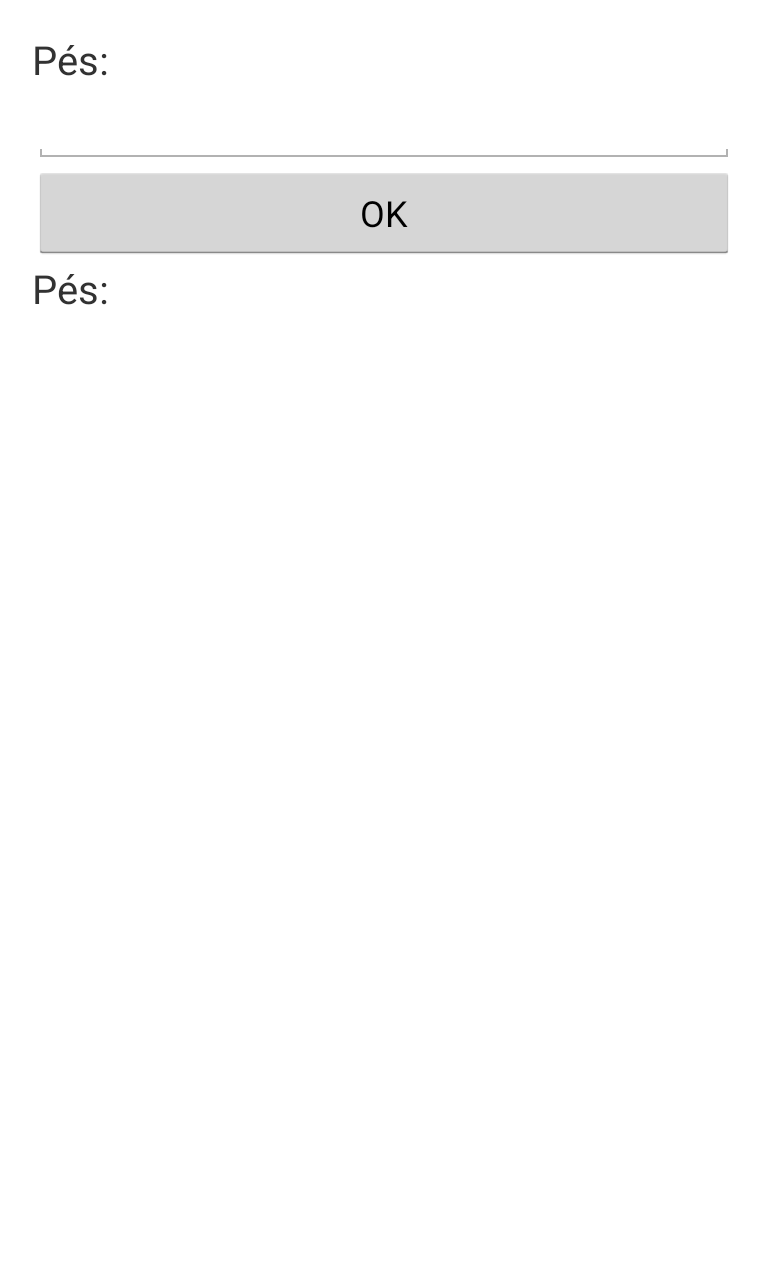
Repository: erickluz/Android
Layout: ConversaoDistancia/res/layout/activity_main.xml
An editor plug-in stored every save of this project. The layout is shown before and after the next save, followed by the edit.
It is drawn on a 768 x 1280 px phone screen (xhdpi) without system bars, with theme AppTheme; the app's code is not run.

Above is the layout before, as saved 2016-03-15 00:42:49.

### ConversaoDistancia/res/layout/activity_main.xml
<LinearLayout xmlns:android="http://schemas.android.com/apk/res/android"
    xmlns:tools="http://schemas.android.com/tools"
    android:layout_width="match_parent"
    android:layout_height="match_parent"
    android:paddingBottom="@dimen/activity_vertical_margin"
    android:paddingLeft="@dimen/activity_horizontal_margin"
    android:paddingRight="@dimen/activity_horizontal_margin"
    android:paddingTop="@dimen/activity_vertical_margin"
    android:orientation="vertical"
    tools:context="com.erick.conversaodistancia.MainActivity" >

    <TextView
        android:layout_width="wrap_content"
        android:layout_height="wrap_content"
        android:textSize="20sp"
        android:text="@string/pes" />

    <EditText
        android:id="@+id/txtPes"
        android:labelFor="@+id/txtPes"
        android:layout_width="fill_parent"
        android:layout_height="wrap_content"
        android:inputType="number"/>

    <Button
        android:id="@+id/btnOk"
        android:layout_width="fill_parent"
        android:layout_height="wrap_content"
        android:text="@string/btnOk"
        android:onClick="btnOkClick"/>

    <TextView
        android:layout_width="wrap_content"
        android:layout_height="wrap_content"
        android:textSize="20sp"
        android:text="@string/pes" />


</LinearLayout>

### ConversaoDistancia/res/values/strings.xml
<?xml version="1.0" encoding="utf-8"?>
<resources>

    <string name="app_name">ConversaoDistancia</string>
    <string name="hello_world">Hello world!</string>
    <string name="action_settings">Settings</string>
    <string name="pes">Pés:</string>
    <string name="btnOk">OK</string>
    <string name="polegadas">Polegadas:</string>

</resources>

Loaded but not shown: ConversaoDistancia/res/values/styles.xml (common file); ConversaoDistancia/res/values-v11/styles.xml (common file); ConversaoDistancia/res/values-v14/styles.xml (common file); ConversaoDistancia/res/values/dimens.xml (common file); ConversaoDistancia/res/values-w820dp/dimens.xml (common file)

After the next save:
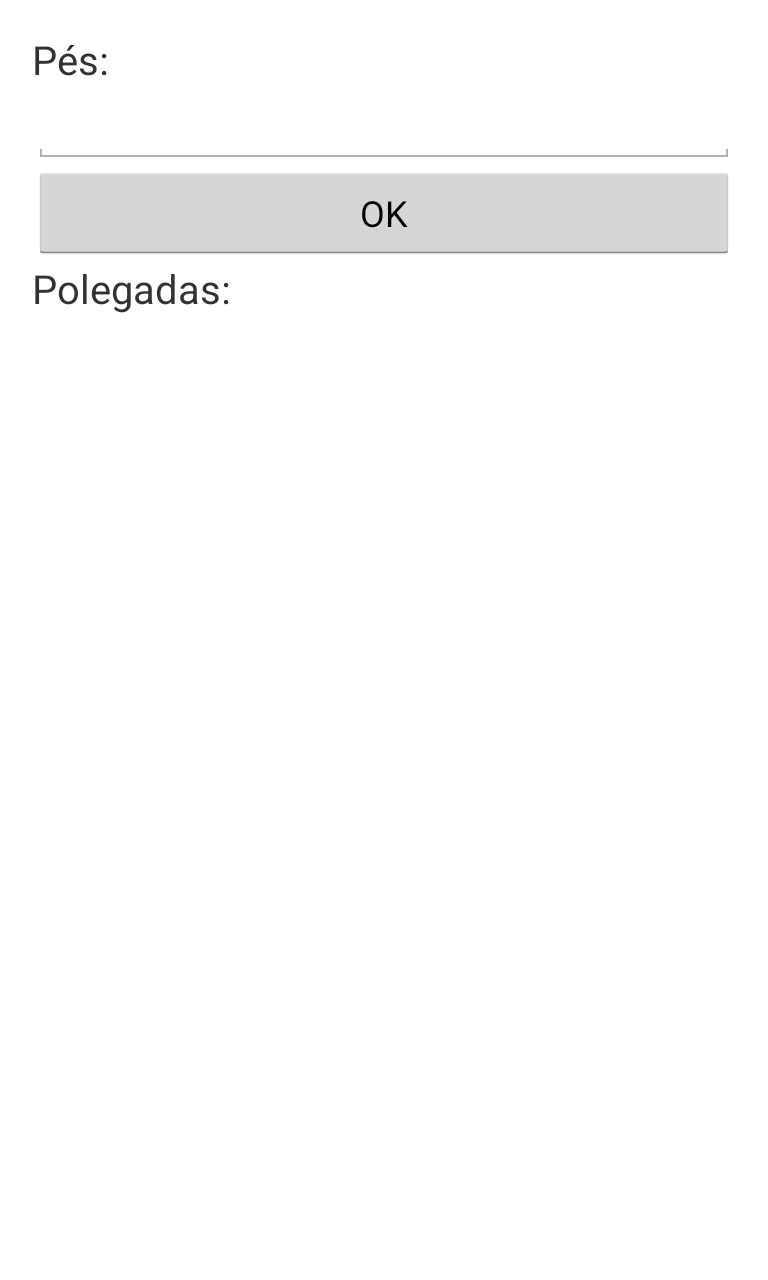
Saved 1 s later.
--- a/ConversaoDistancia/res/layout/activity_main.xml
+++ b/ConversaoDistancia/res/layout/activity_main.xml
@@ -33,7 +33,7 @@
         android:layout_width="wrap_content"
         android:layout_height="wrap_content"
         android:textSize="20sp"
-        android:text="@string/pes" />
+        android:text="@string/polegadas" />
 
 
 </LinearLayout>
